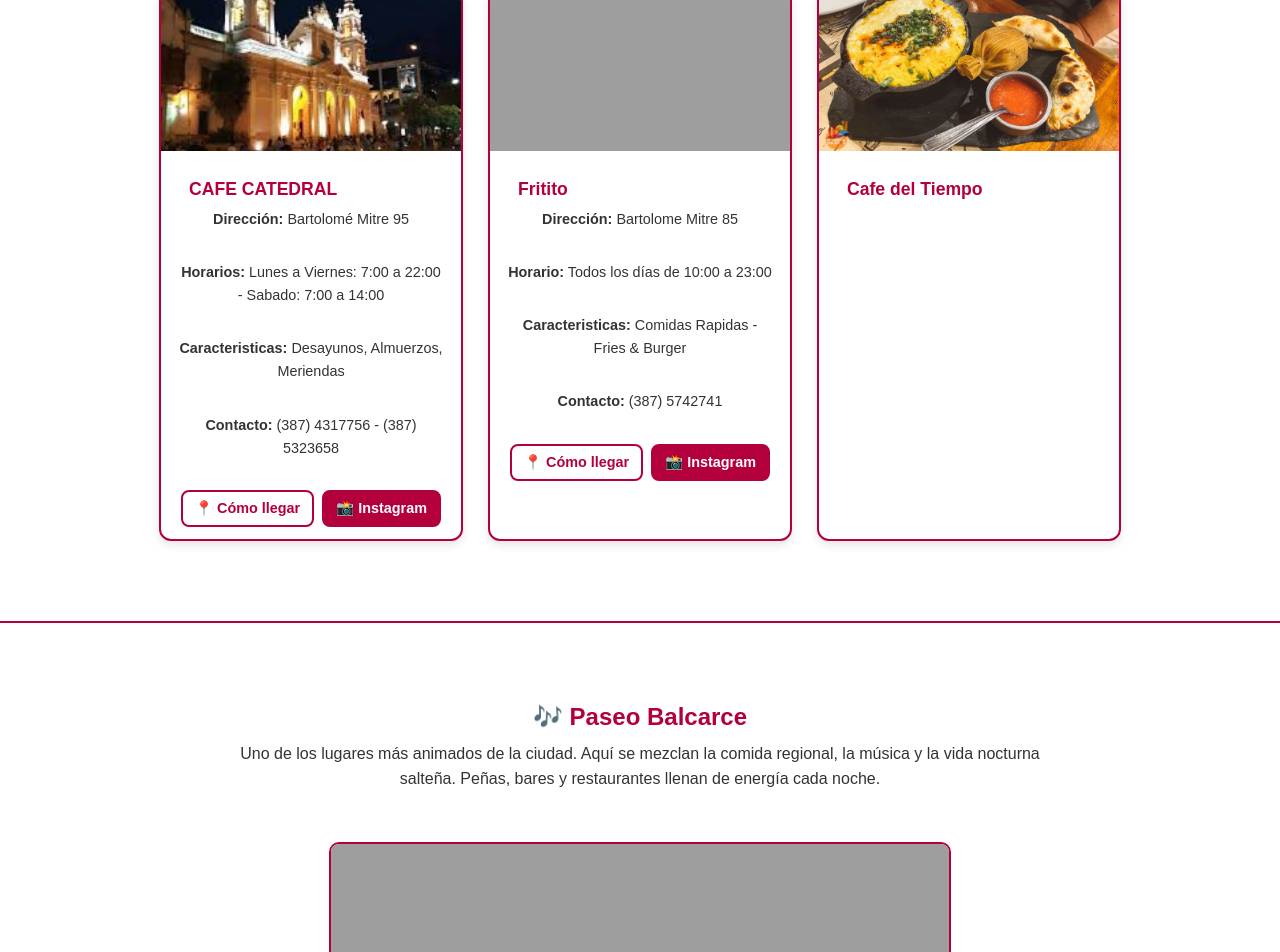
Repository: nahir95/come-en-salta
Page: restaurantes.html
These files come from the project's save history. The page is drawn as it stood at one moment and after the next save; the edit follows.
The browser window is 1280 px wide. The pictures show the part of the page from y = 564 to 1516 px (the page is 4416 px tall).
Pictures or frames that could not be fetched are drawn as grey boxes.

Above is the page before, as saved 2025-11-12 01:33:21.

After the next save:
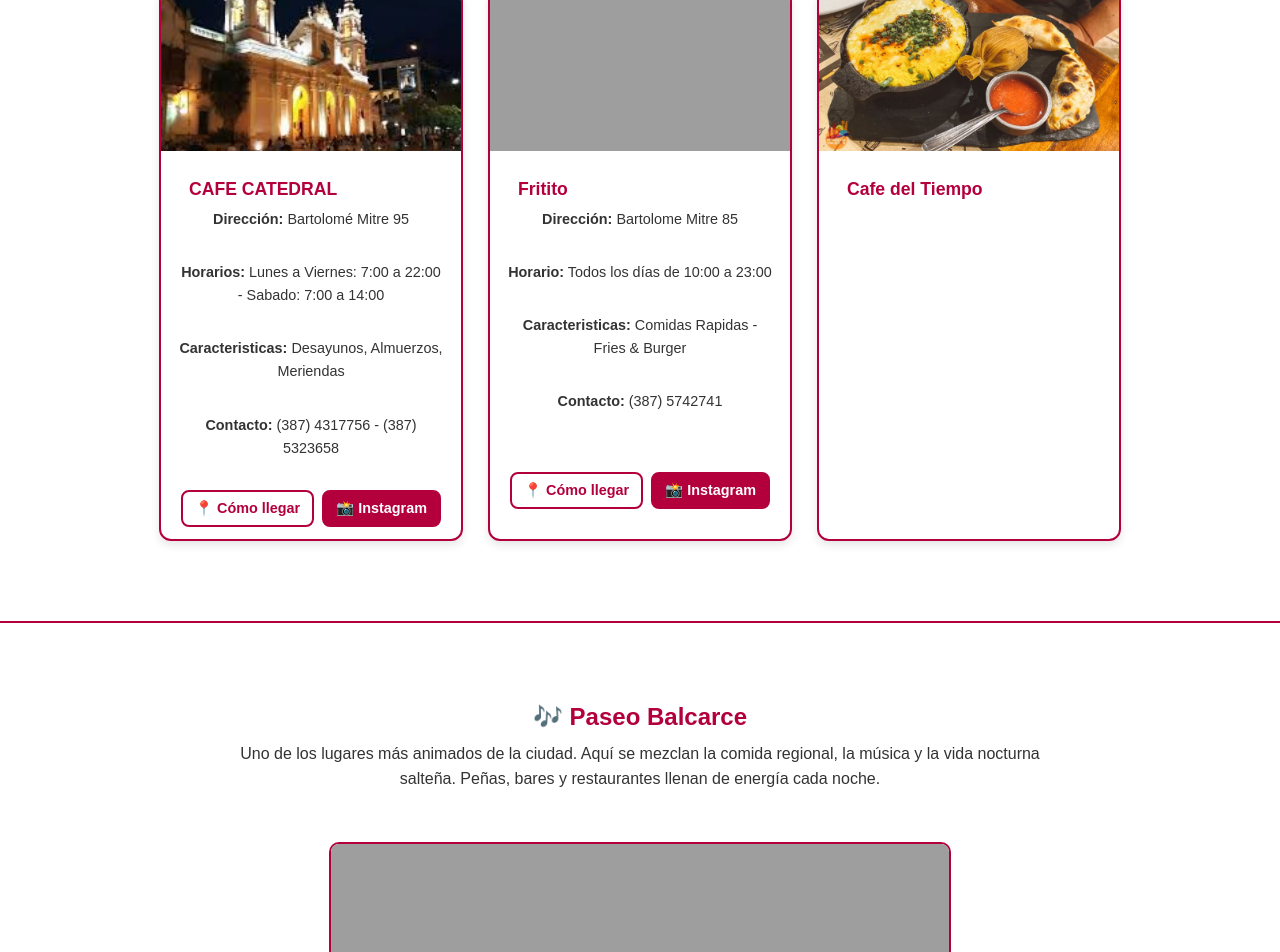
Saved 2 min 31 s later.
--- a/restaurantes.html
+++ b/restaurantes.html
@@ -55,7 +55,7 @@
         <p><strong>Dirección:</strong> Bartolome Mitre 85</p>
         <p><strong>Horario:</strong> Todos los días de 10:00 a 23:00</p>
         <p><strong>Caracteristicas:</strong> Comidas Rapidas - Fries & Burger</p>
-        <p><strong>Contacto:</strong> (387) 5742741</p>
+        <p><strong>Contacto:</strong> (387) 5742741</p> <br>
         <div class="btns-resto">
           <a href="https://maps.app.goo.gl/fA5zTu5r4aBTFWrC6?g_st=aw" target="_blank" class="btn">📍 Cómo llegar</a>
           <a href="https://www.instagram.com/fritito.salta?igsh=MXFieXNvZHdlZHZzZg==" target="_blank" class="btn btn-secundario">📸 Instagram</a>
